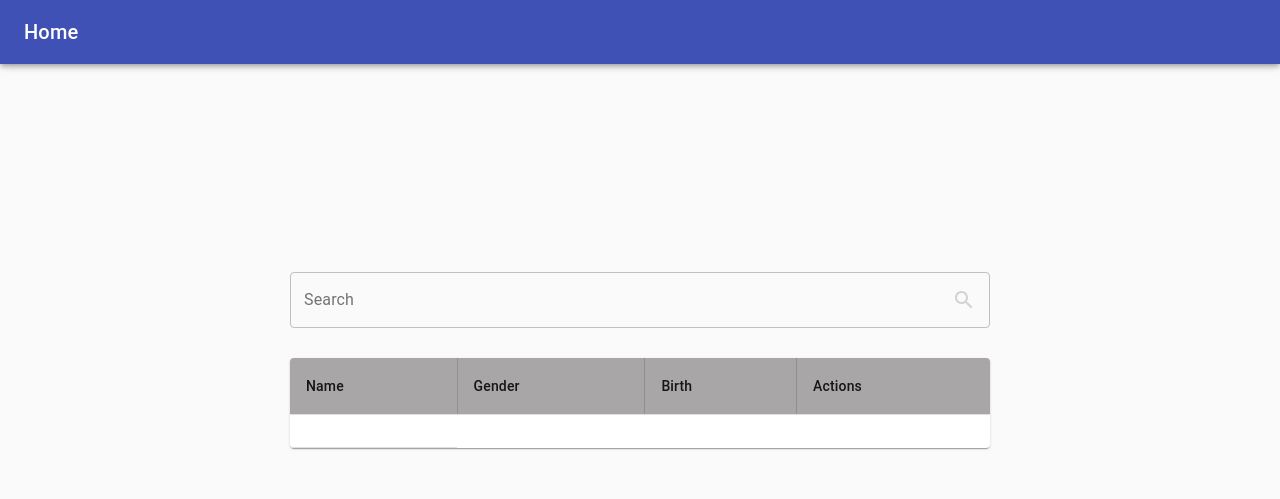
Repository: GabrielBrandaoProjetos/patient-manager
Page: /
An editor plug-in stored every save of this project. The page is shown before and after the next save, followed by the edit.
The browser window is 1280 px wide. The pictures show the whole page.
The project was rebuilt for these pictures with package versions that can differ from the ones it lists, and the page was loaded fresh each time.

Above is the page before, as saved 2021-09-14 13:43:47.

### public/index.html
<!DOCTYPE html>
<html lang="en">
  <head>
    <meta charset="utf-8" />
    <meta name="viewport" content="minimum-scale=1, width=device-width, initial-scale=1" />
    <meta name="theme-color" content="#000000" />

    <title>React App</title>
  </head>
  <body>
    <noscript>You need to enable JavaScript to run this app.</noscript>
    <div id="root"></div>
  </body>
</html>

### src/App.tsx
import React from 'react';
import { CssBaseline } from '@material-ui/core';
import { Home } from './pages/Home/Home';


function App() {
  return (
    <>
    <CssBaseline />
    <Home />
    </>
  );
}

export default App;

### src/pages/Home/Home.tsx
import React from 'react';
import { AppBar, FormControl, InputAdornment, InputLabel, OutlinedInput, Paper, Table, TableBody, TableCell, TableContainer, TableHead, TableRow, Toolbar, Typography } from '@material-ui/core';
import {Search} from '@material-ui/icons'
import { createStyles, makeStyles, Theme } from '@material-ui/core/styles';

const useStyles = makeStyles((theme: Theme) =>
  createStyles({
    root: {
      width: '100vw',
      height: '100vh',
      display: 'flex',
      flexDirection: 'column',
      alignItems: 'center',
      justifyContent: 'center',
    },
    title: {
      flexGrow: 1,
    },
    form: {
      maxWidth: 700,
      width: "100%",
    },
    outlinedInput: {

    },
    search: {
      color: "#d2d2d2",
    },
    tableContainer: {
      maxWidth: 700,
      width: "100%",

      marginTop: 30
    },
    table: {

    },
    row: {
      background: "#a8a6a6"
    },
    cell: {
      borderRight: "1px solid #928f8f"
    },
  }),
);

export const Home = () => {
  const classes = useStyles();
  return(
    <div className={classes.root}>
      <AppBar>
        <Toolbar>
          <Typography variant="h6" className={classes.title}>
            Home
          </Typography>
        </Toolbar>
      </AppBar>

      <FormControl className={classes.form} variant="outlined">
        <InputLabel htmlFor="outlined-adornment-search">Search</InputLabel>
        <OutlinedInput
          classes={{root: classes.outlinedInput}}
          id="outlined-adornment-search"
          type="search"
          // value={values.password}
          // onChange={handleChange('password')}
          endAdornment={
            <InputAdornment position="end">
              <Search className={classes.search}/>
            </InputAdornment>
          }
          labelWidth={70}
        />
      </FormControl>

      <TableContainer component={Paper} className={classes.tableContainer}>
        <Table className={classes.table} aria-label="simple table">
          <TableHead>
            <TableRow className={classes.row}>
              <TableCell className={classes.cell}>Name</TableCell>
              <TableCell className={classes.cell}>Gender</TableCell>
              <TableCell className={classes.cell}>Birth</TableCell>
              <TableCell>Actions</TableCell>
            </TableRow>
          </TableHead>
          <TableBody>
            <TableRow>
              <TableCell></TableCell>
            </TableRow>
          </TableBody>
        </Table>

      </TableContainer>
    </div>
  )
}

Loaded but not shown: src/index.tsx (common file); src/reportWebVitals.ts (common file)

After the next save:
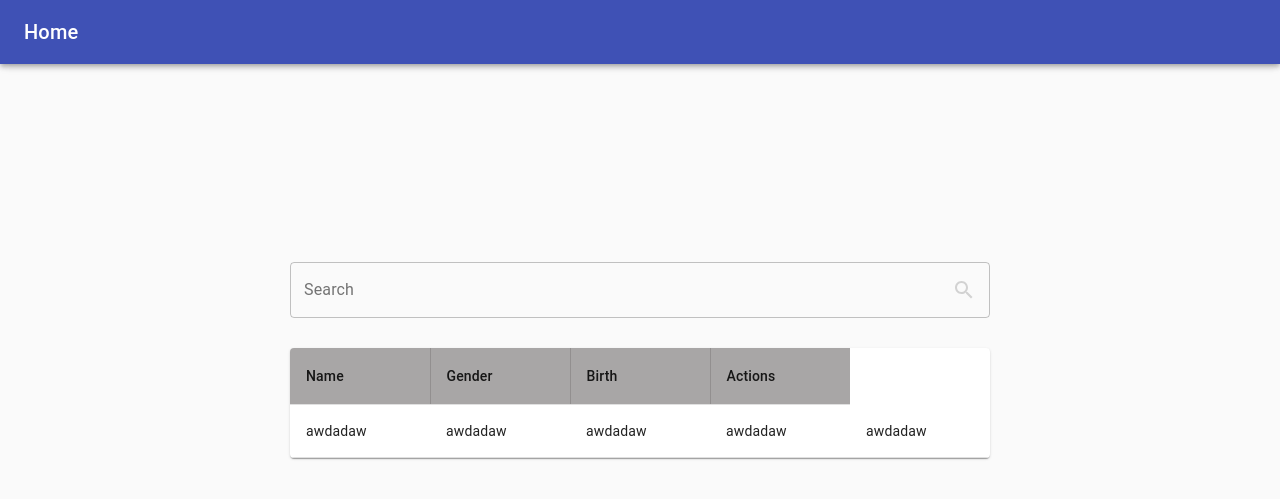
Saved 42 s later.
--- a/src/pages/Home/Home.tsx
+++ b/src/pages/Home/Home.tsx
@@ -85,7 +85,12 @@ export const Home = () => {
           </TableHead>
           <TableBody>
             <TableRow>
-              <TableCell></TableCell>
+              <TableCell>awdadaw</TableCell>
+              <TableCell>awdadaw</TableCell>
+              <TableCell>awdadaw</TableCell>
+              <TableCell>awdadaw</TableCell>
+              <TableCell>awdadaw</TableCell>
+
             </TableRow>
           </TableBody>
         </Table>
